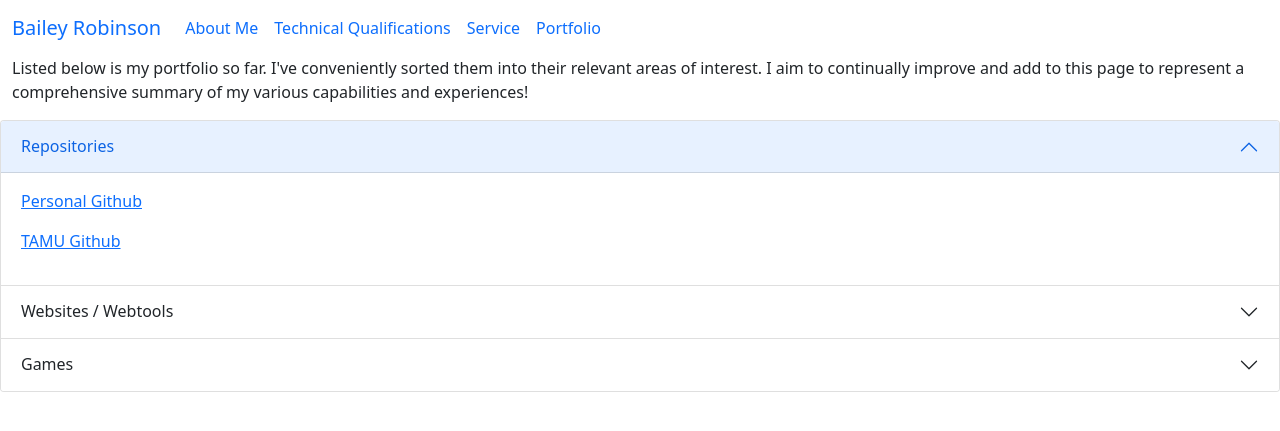
Repository: baileyjrob/personal_website
Page: portfolio.html
These files come from the project's save history. The page is drawn as it stood at one moment and after the next save; the edit follows.
The browser window is 1280 px wide. The pictures show the whole page.

Above is the page before, as saved 2022-04-20 13:44:52.

### portfolio.html
<!DOCTYPE html>
<html lang=en>

<head>
    <title>Bailey Robinson</title>
    <meta charset="utf-8">
    <meta name="viewport" content="width=device-width, initial-scale=1">
    <!-- Latest compiled and minified CSS -->
    <link href="https://cdn.jsdelivr.net/npm/bootstrap@5.0.2/dist/css/bootstrap.min.css" rel="stylesheet"
        integrity="sha384-EVSTQN3/azprG1Anm3QDgpJLIm9Nao0Yz1ztcQTwFspd3yD65VohhpuuCOmLASjC" crossorigin="anonymous">

    <!-- jQuery library -->
    <script src="https://ajax.googleapis.com/ajax/libs/jquery/3.5.1/jquery.min.js"></script>

    <!-- Latest compiled JavaScript -->
    <script src="https://cdn.jsdelivr.net/npm/bootstrap@5.0.2/dist/js/bootstrap.bundle.min.js"
        integrity="sha384-MrcW6ZMFYlzcLA8Nl+NtUVF0sA7MsXsP1UyJoMp4YLEuNSfAP+JcXn/tWtIaxVXM"
        crossorigin="anonymous"></script>
</head>

<body>
    <nav class="navbar navbar-expand-lg">
        <div class="container-fluid">
            <a class="navbar-brand" href="index.html">Bailey Robinson</a>
            <button class="navbar-toggler" type="button" data-bs-toggle="collapse"
                data-bs-target="#navbarSupportedContent" aria-controls="navbarSupportedContent" aria-expanded="false"
                aria-label="Toggle navigation">
                <span class="navbar-toggler-icon"></span>
            </button>
            <div class="collapse navbar-collapse" id="navbarSupportedContent">
                <ul class="navbar-nav me-auto mb-2 mb-lg-0">
                    <li class="nav-item"><a class="nav-link" href="about.html">About Me</a></li>
                    <li class="nav-item"><a class="nav-link" href="techqual.html">Technical Qualifications</a></li>
                    <li class="nav-item"><a class="nav-link" href="service.html">Service</a></li>
                    <li class="nav-item"><a class="nav-link active" aria-current="page"
                            href="portfolio.html">Portfolio</a></li>
                </ul>
            </div>
        </div>
    </nav>
    <div class="container-fluid">
        <p>Listed below is my portfolio so far. I've conveniently sorted them into their relevant areas of interest. I
            aim
            to continually improve and add to this page to represent a comprehensive summary of my various capabilities
            and
            experiences!</p>
    </div>
    <div class="accordion" id="accordionFields">
        <div class="accordion-item">
            <h2 class="accordion-header" id="headingRepo">
                <button class="accordion-button" type="button" data-bs-toggle="collapse" data-bs-target="#collapseRepo"
                    aria-expanded="true" aria-controls="collapseRepo">
                    Repositories
                </button>
            </h2>
            <div id="collapseRepo" class="accordion-collapse collapse show" aria-labelledby="headingRepo"
                data-bs-parent="#accordionFields">
                <div class="accordion-body">
                    <p><a href="https://github.com/baileyjrob">Personal Github</a></p>
                    <p><a href="https://github.tamu.edu/baileyjrob">TAMU Github</a></p>
                </div>
            </div>
        </div>
        <div class="accordion-item">
            <h2 class="accordion-header" id="headingWeb">
                <button class="accordion-button collapsed" type="button" data-bs-toggle="collapse"
                    data-bs-target="#collapseOne" aria-expanded="false" aria-controls="collapseOne">
                    Websites / Webtools
                </button>
            </h2>
            <div id="collapseOne" class="accordion-collapse collapse" aria-labelledby="headingWeb"
                data-bs-parent="#accordionFields">
                <div class="accordion-body">
                    <p>In the Spring of 2021, I developed a <a href="https://ortutoring.herokuapp.com/">website</a> for
                        a student
                        tutoring
                        organization. This website allows tutors to create a virtual sign-in service, as well as allow
                        users to sign-up
                        for
                        tutoring sessions for classes they need help in.
                    </p>
                    <p>In the Fall of 2020, I developed a <a href="secret.html">website</a> that functions as a way for
                        someone to
                        attend a concert by organizing and condensing the purchase of tickets, hotels, and flights all
                        into one convenient
                        location. This was my first real attempt at building a website and working with a team to
                        develop software </p>
                </div>
            </div>
        </div>
        <div class="accordion-item">
            <h2 class="accordion-header" id="headingGames">
                <button class="accordion-button collapsed" type="button" data-bs-toggle="collapse"
                    data-bs-target="#collapseTwo" aria-expanded="false" aria-controls="collapseTwo">
                    Games
                </button>
            </h2>
            <div id="collapseTwo" class="accordion-collapse collapse" aria-labelledby="headingGames"
                data-bs-parent="#accordionFields">
                <div class="accordion-body">
                    <p>While working at
                        <a href="https://robotentertainment.com/">Robot Entertainment</a>
                        in Summer of 2019, I aided in the development of
                        <a href="https://www.epicgames.com/store/en-US/product/readyset-heroes/home">
                            ReadySet Heroes</a> (
                        <a href="https://www.playstation.com/en-us/games/readyset-heroes-ps4/">PS4</a>,
                        <a
                            href="https://www.polygon.com/2019/9/5/20851325/readyset-heroes-preview-release-date-pc-epic-ps4-trailer">
                            Polygon Review</a>)
                    </p>
                </div>
            </div>
        </div>
    </div>
</body>

</html>

After the next save:
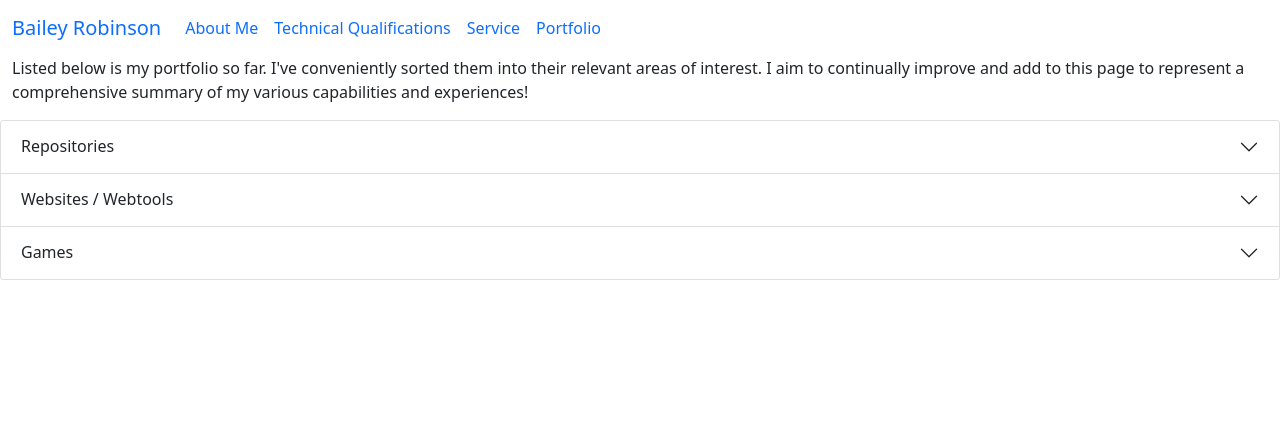
Saved 27 s later.
--- a/portfolio.html
+++ b/portfolio.html
@@ -48,12 +48,12 @@
     <div class="accordion" id="accordionFields">
         <div class="accordion-item">
             <h2 class="accordion-header" id="headingRepo">
-                <button class="accordion-button" type="button" data-bs-toggle="collapse" data-bs-target="#collapseRepo"
-                    aria-expanded="true" aria-controls="collapseRepo">
+                <button class="accordion-button collapsed" type="button" data-bs-toggle="collapse"
+                    data-bs-target="#collapseRepo" aria-expanded="false" aria-controls="collapseRepo">
                     Repositories
                 </button>
             </h2>
-            <div id="collapseRepo" class="accordion-collapse collapse show" aria-labelledby="headingRepo"
+            <div id="collapseRepo" class="accordion-collapse collapse" aria-labelledby="headingRepo"
                 data-bs-parent="#accordionFields">
                 <div class="accordion-body">
                     <p><a href="https://github.com/baileyjrob">Personal Github</a></p>
